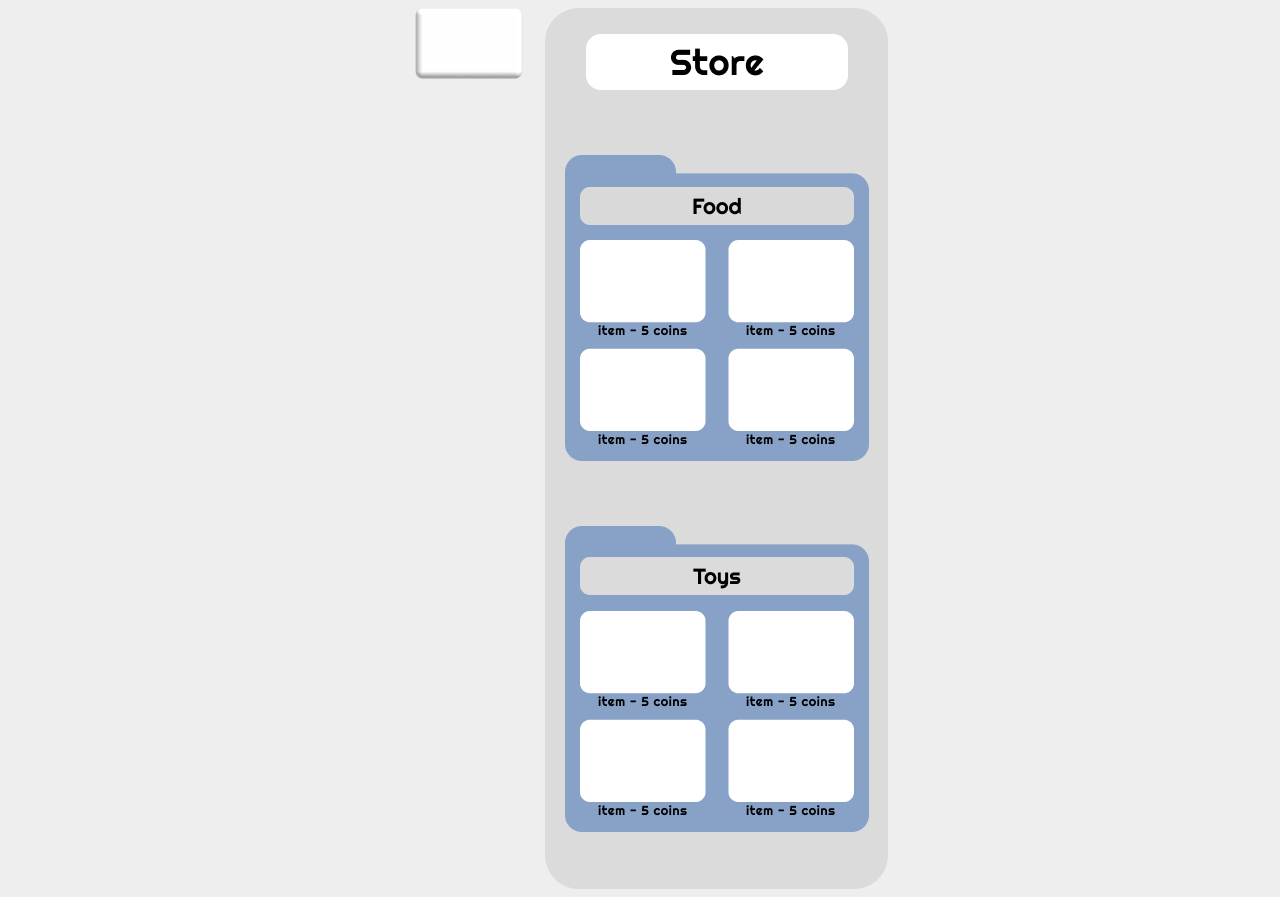
Repository: alemunden/Trash-Scavengers
Page: /ScrappyStore
An editor plug-in stored every save of this project. The page is shown before and after the next save, followed by the edit.
The browser window is 1280 px wide. The pictures show the whole page.
The project was rebuilt for these pictures with package versions that can differ from the ones it lists, and the page was loaded fresh each time. The framework's server and built-in components were replaced by stand-ins that run in the browser. Also part of the build but not shown: next.config.mjs.

Above is the page before, as saved 2024-04-28 14:36:54.

After the next save:
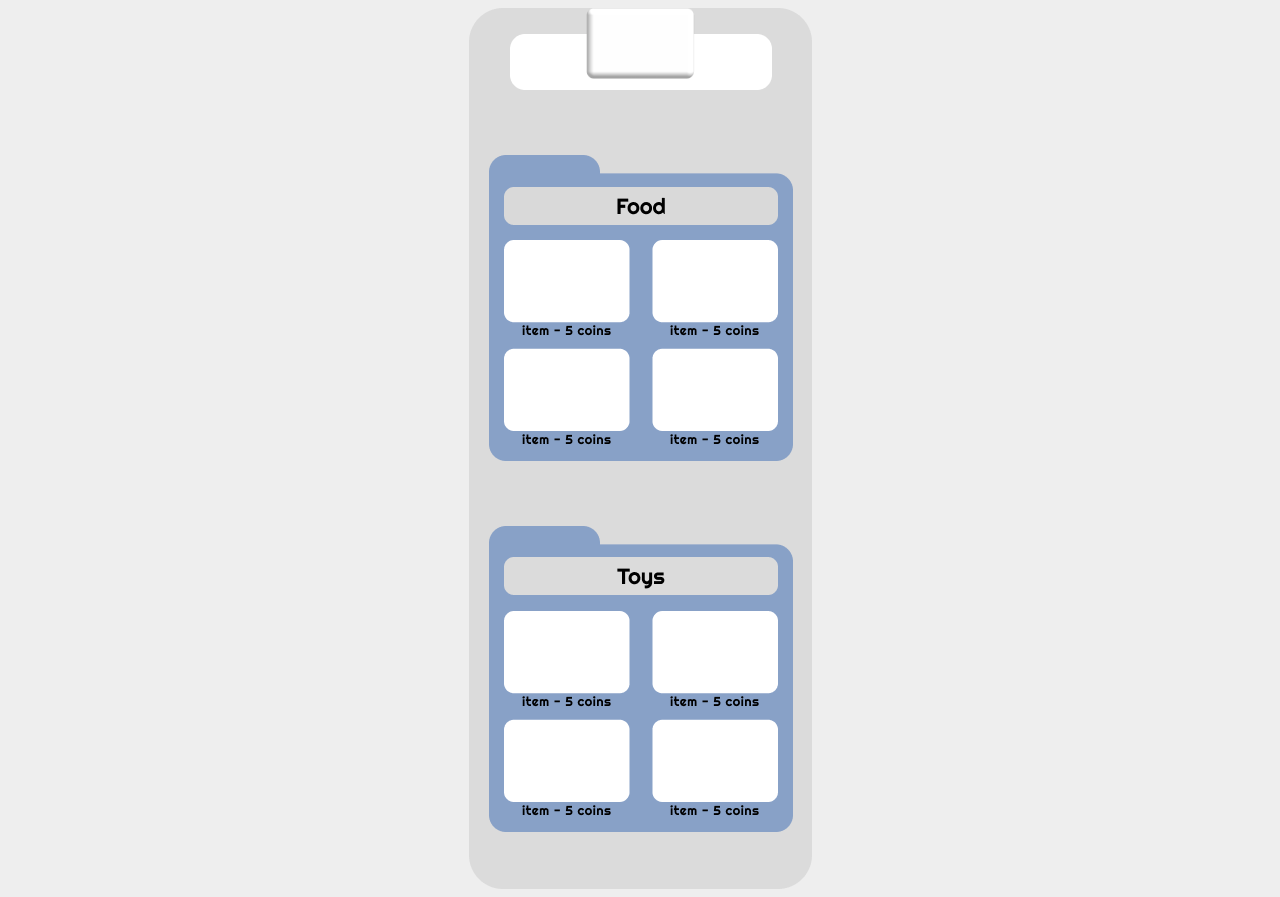
Saved 64 s later.
--- a/pages/ScrappyStore.js
+++ b/pages/ScrappyStore.js
@@ -5,7 +5,7 @@ export default function ScrappyStore() {
     return(
         <>
         <div className={styles.store}>
-            <div className={styles.storeItem}>
+            <div className={styles.storeItems}>
                 <Image src={'/storeitem.png'} width={153.6} height={73.1}/>
             </div>
             <Image src={'/storebackground.png'} width={343} height={881}/>

After the save that followed:
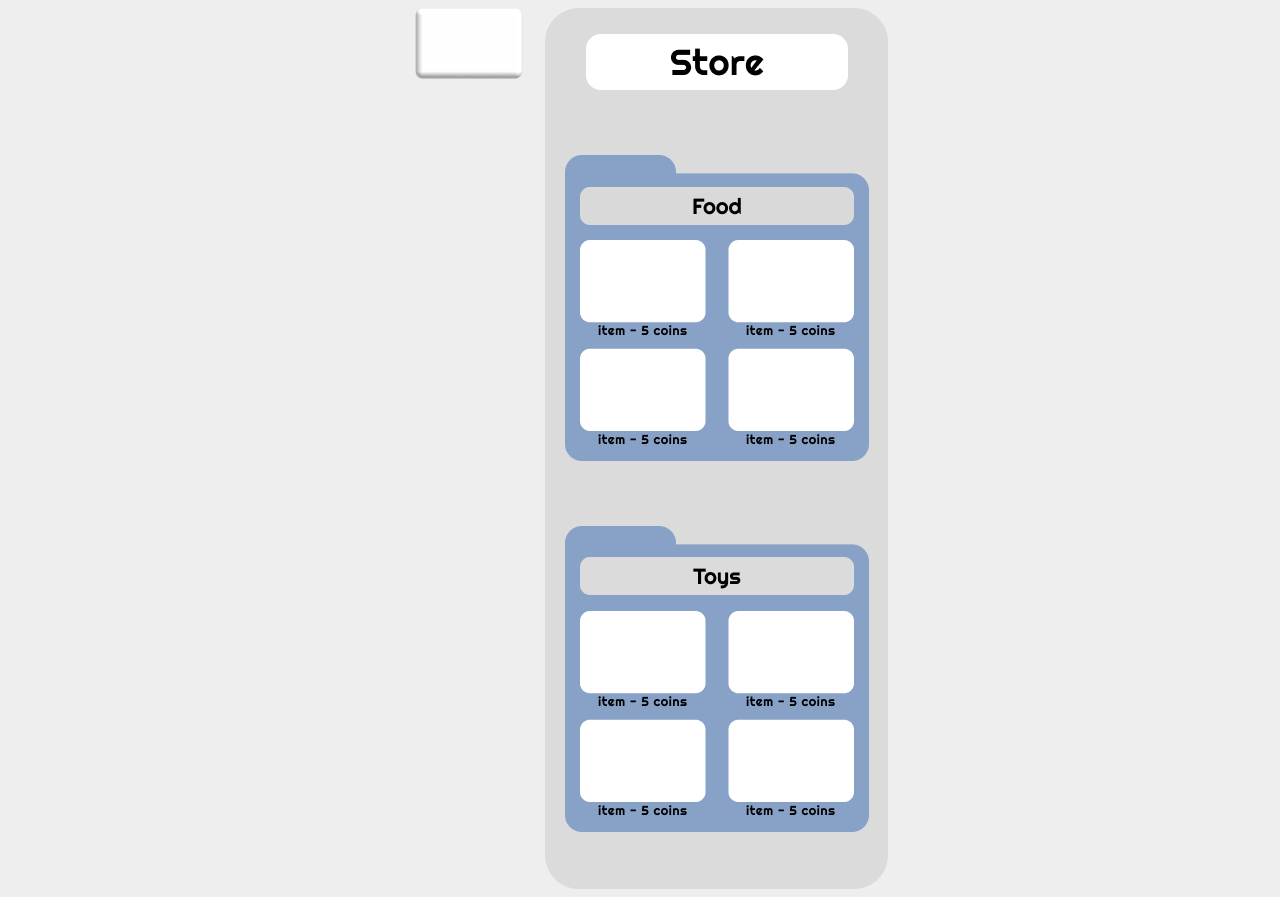
Saved 49 s later.
--- a/pages/ScrappyStore.js
+++ b/pages/ScrappyStore.js
@@ -5,7 +5,7 @@ export default function ScrappyStore() {
     return(
         <>
         <div className={styles.store}>
-            <div className={styles.storeItems}>
+            <div className={styles.foodItems}>
                 <Image src={'/storeitem.png'} width={153.6} height={73.1}/>
             </div>
             <Image src={'/storebackground.png'} width={343} height={881}/>
